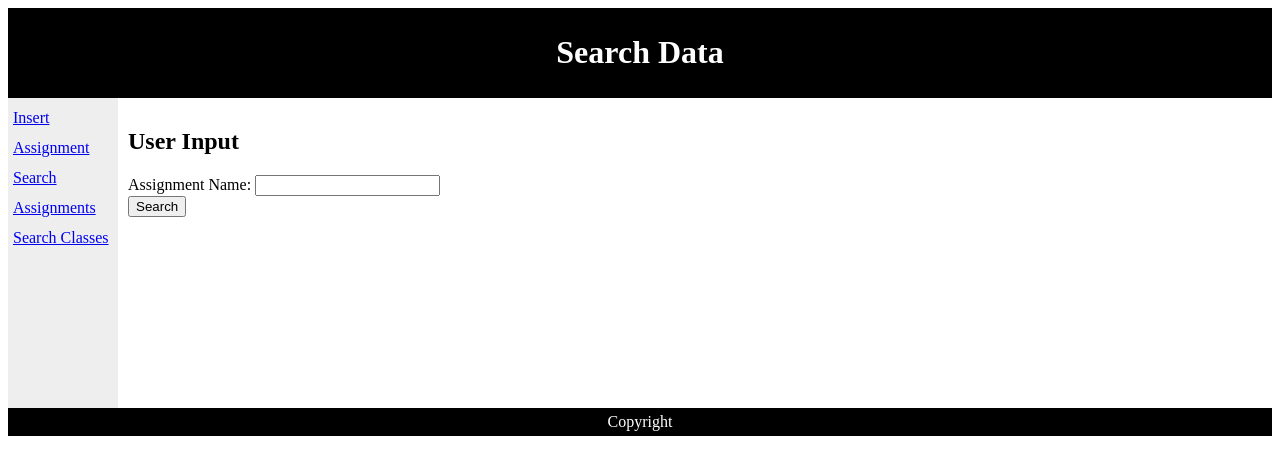
Repository: bpinkelman/Tech-Exercise
Page: planner-pinkelman/WebContent/AssignmentSearch.html
An editor plug-in stored every save of this project. The page is shown before and after the next save, followed by the edit.
The browser window is 1280 px wide. The pictures show the whole page.

Above is the page before, as saved 2020-02-28 00:45:45.

After the next save:
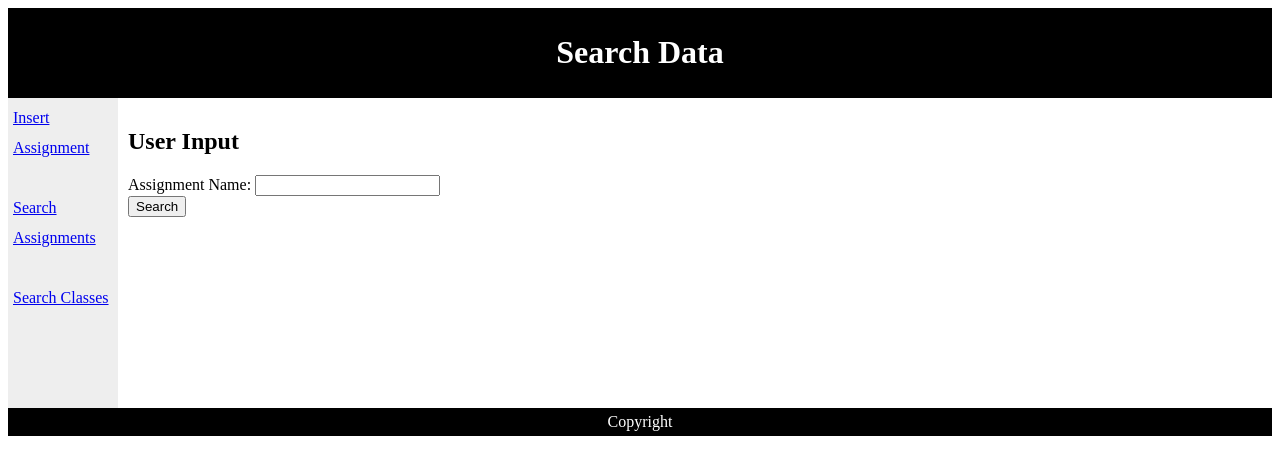
Saved 14 s later.
--- a/planner-pinkelman/WebContent/AssignmentSearch.html
+++ b/planner-pinkelman/WebContent/AssignmentSearch.html
@@ -36,9 +36,9 @@ footer {
 </header>
 
 <nav>
-<a href="/planner-pinkelman/AssignmentInsert.html">Insert Assignment</a> <br>
-<a href="/planner-pinkelman/AssignmentSearch.html">Search Assignments</a> <br>
-<a href="/planner-pinkelman/simpleFormSearch.html">Search Classes</a> <br>
+<a href="/planner-pinkelman/AssignmentInsert.html">Insert Assignment</a> <br><br>
+<a href="/planner-pinkelman/AssignmentSearch.html">Search Assignments</a> <br><br>
+<a href="/planner-pinkelman/simpleFormSearch.html">Search Classes</a> <br><br>
 </nav>
 
 <section>
